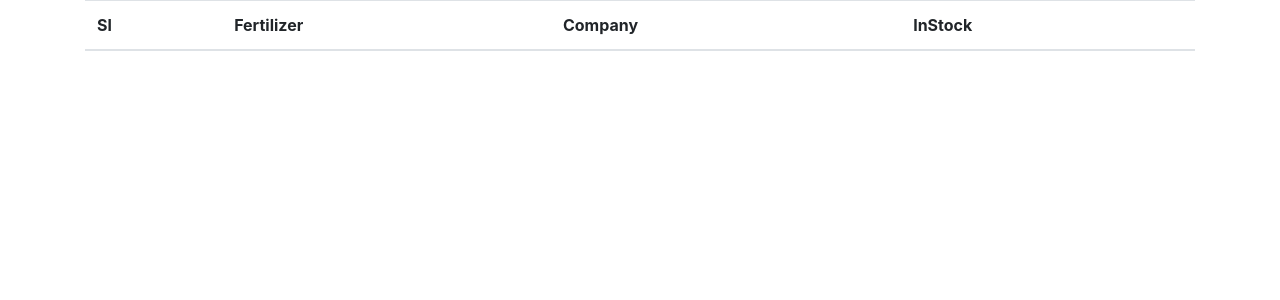
Repository: Krishna-9964/RamanaFertilizers
Page: http://localhost/RamanaFertilizers/stock.jsp
An editor plug-in stored every save of this project. The page is shown before and after the next save, followed by the edit.
The browser window is 1280 px wide. The pictures show the whole page.
The page is served by Tomcat 9. Queries for data that is not in the repository find no rows.

Above is the page before, as saved 2022-10-25 19:07:30.

### RamanaFertilizers/src/main/webapp/stock.jsp
<%@ page language="java" contentType="text/html; charset=UTF-8"
    pageEncoding="UTF-8"%>
  <%@ page import="DBConnect.dbconnect.*" %>
<%@ page import="java.sql.*" %>
<!DOCTYPE html>
<html lang="en">
<head>
    <meta charset="UTF-8">
    <meta http-equiv="X-UA-Compatible" content="IE=edge">
    <meta name="viewport" content="width=device-width, initial-scale=1.0">
    <link rel="stylesheet" href="https://cdn.jsdelivr.net/npm/bootstrap@4.6.1/dist/css/bootstrap.min.css">
    <title>Document</title>
</head>
<body>
   <div class="container">
    <table class="table table-striped">
        <thead>
          <tr>
            <th scope="col">Sl</th>
            <th scope="col">Fertilizer</th>
            <th scope="col">Company</th>
            <th scope="col">InStock</th>
          </tr>
        </thead>
        <tbody>
        <%
        ResultSet rs = DBConnect.dbconnect.getFertilizers();
        while(rs.next())
        {%>
          <tr>
            <th scope="row">1</th>
            <td><%=rs.getString("name") %></td>
            <td><%=rs.getString("company") %></td>
            <td><%=rs.getInt("qty") %></td>
          </tr>
      <%} %>
        </tbody>
      </table>
   </div>
</body>
</html>

### RamanaFertilizers/src/main/java/DBConnect/dbconnect.java
package DBConnect;
import java.sql.*;
import java.text.DecimalFormat;

public class dbconnect {

	public static String  query = "select * from fertilizer";
	public static Connection con;
	public static Statement st;
	public static ResultSet rs;
	public static PreparedStatement stm;

	public static Connection connect() throws ClassNotFoundException, SQLException
	{
		String url = "jdbc:mysql://localhost:3306/Ramana_Fertilizers";
		String user = "root";
		String password ="Krishna@99";
		Class.forName("com.mysql.cj.jdbc.Driver");
		con = DriverManager.getConnection(url,user,password);
		return con;
	}
	public static ResultSet getFertilizers() throws ClassNotFoundException, SQLException
	{
		con = connect();
		st = con.createStatement();
		rs = st.executeQuery(query);
		return rs;
	}

	//Add Stock
	public static void addStock(String fert,String comp,int price, int qty)throws ClassNotFoundException, SQLException
	{
		con = connect();
		stm = con.prepareStatement("update fertilizer set price=?,qty=qty+? where name=?");
		stm.setInt(1, price);
		stm.setInt(2, qty);
		stm.setString(3, fert);
		int f = stm.executeUpdate();
		if(f==0)
		{
			stm = con.prepareStatement("insert into fertilizer values(?,?,?,?)");
			stm.setString(1, fert);
			stm.setInt(2, price);
			stm.setInt(3, qty);
			stm.setString(4, comp);
			stm.execute();
		}
	}

	//Add sells
	public static void addSells(String fert,int qty, float price )throws ClassNotFoundException, SQLException
	{
		con = connect();
	    long millis=System.currentTimeMillis();
	    Date date = new Date(millis);
	    stm = con.prepareStatement("insert into sell values(?,?,?,?)");
	    stm.setString(1, fert);
	    stm.setDate(2, date);
	    stm.setInt(3, qty);
	    stm.setFloat(4, price);
	    stm.execute();
	    stm = con.prepareStatement("update fertilizer set qty = qty-? where name=?");
	    stm.setInt(1, qty);
	    stm.setString(2, fert);
	    stm.execute();

	}

	//Add transaction
	public static ResultSet addTransaction(String c_name, float total)throws ClassNotFoundException, SQLException
	{
		con = connect();
	    long millis=System.currentTimeMillis();
	    // creating a new object of the class Date
	    Date date = new Date(millis);
	    stm = con.prepareStatement("insert into transaction(c_name,t_date,total) values(?,?,?)");
	    stm.setString(1, c_name);
	    stm.setDate(2, date);
	    stm.setFloat(3, total);
	    stm.execute();
	    st = con.createStatement();
	    rs = st.executeQuery("select tid from transaction order by tid desc limit 1");
	    return rs;
	}

	//Recent sales
	public static ResultSet recentSales()throws ClassNotFoundException, SQLException
	{
		con = connect();
	    st = con.createStatement();
	    rs = st.executeQuery("select * from transaction order by t_date desc limit 10");
	    return rs;
	}


	//Top Fertilizers
	public static ResultSet topItems()throws ClassNotFoundException, SQLException
	{
		con = connect();
	    st = con.createStatement();
	    rs = st.executeQuery("select fertilizer,sum(qty) as Quantity from sell group by fertilizer order by Quantity desc limit 10");
	    return rs;
	}
}

After the next save:
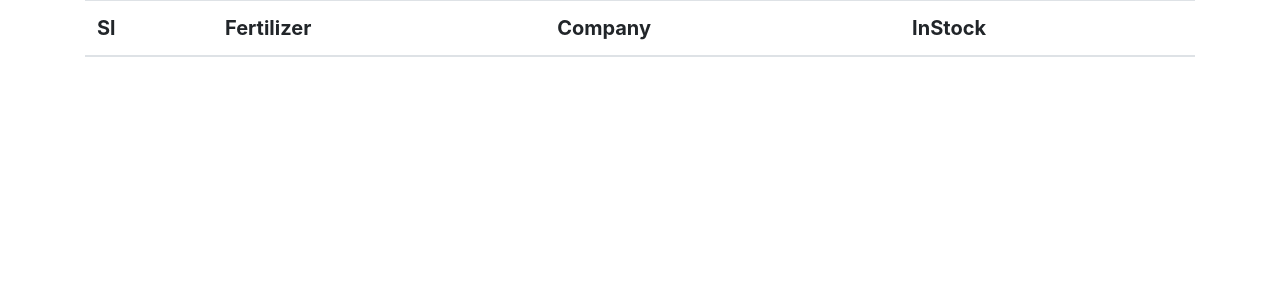
Saved 87 s later.
--- a/RamanaFertilizers/src/main/webapp/stock.jsp
+++ b/RamanaFertilizers/src/main/webapp/stock.jsp
@@ -10,6 +10,12 @@
     <meta name="viewport" content="width=device-width, initial-scale=1.0">
     <link rel="stylesheet" href="https://cdn.jsdelivr.net/npm/bootstrap@4.6.1/dist/css/bootstrap.min.css">
     <title>Document</title>
+    <style>
+    @import url('https://fonts.googleapis.com/css2?family=Poppins:wght@200;300;400;500;600;700&display=swap');
+    table{
+    font-size : 20px;
+    }
+    </style>
 </head>
 <body>
    <div class="container">
